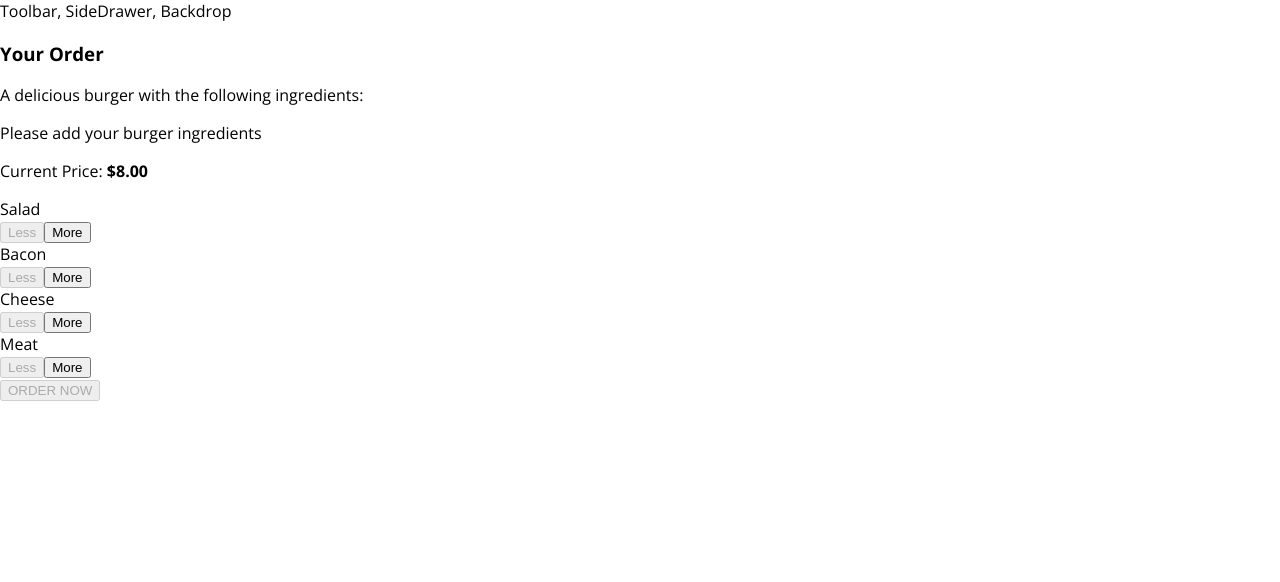
Repository: legil/burger-app
Page: /
These files come from the project's save history. The page is drawn as it stood at one moment and after the next save; the edit follows.
The browser window is 1280 px wide. The pictures show the whole page.
The project was rebuilt for these pictures with package versions that can differ from the ones it lists, and the page was loaded fresh each time. Also part of the build but not shown: src/components/Layout/Layout.css, src/components/Burger/Burger.css, src/components/Burger/BurgerIngredient/BurgerIngredient.css, src/components/Burger/BuildControls/BuildControls.css, src/components/Burger/BuildControl/BuildControl.css, src/components/UI/Modal/Modal.css.

Above is the page before, as saved 2019-04-19 16:43:18.

### public/index.html
<!DOCTYPE html>
<html lang="en">
  <head>
    <meta charset="utf-8" />
    <link rel="shortcut icon" href="%PUBLIC_URL%/favicon.ico" />
    <meta
      name="viewport"
      content="width=device-width, initial-scale=1, shrink-to-fit=no"
    />
    <meta name="theme-color" content="#000000" />
    <!--
      manifest.json provides metadata used when your web app is installed on a
      user's mobile device or desktop. See https://developers.google.com/web/fundamentals/web-app-manifest/
    -->
    <link rel="manifest" href="%PUBLIC_URL%/manifest.json" />
    <!--
      Notice the use of %PUBLIC_URL% in the tags above.
      It will be replaced with the URL of the `public` folder during the build.
      Only files inside the `public` folder can be referenced from the HTML.

      Unlike "/favicon.ico" or "favicon.ico", "%PUBLIC_URL%/favicon.ico" will
      work correctly both with client-side routing and a non-root public URL.
      Learn how to configure a non-root public URL by running `npm run build`.
    -->
    <link href="https://fonts.googleapis.com/css?family=Open+Sans:400,700" rel="stylesheet">
    <title>My Burger</title>
  </head>
  <body>
    <noscript>You need to enable JavaScript to run this app.</noscript>
    <div id="root"></div>
    <!--
      This HTML file is a template.
      If you open it directly in the browser, you will see an empty page.

      You can add webfonts, meta tags, or analytics to this file.
      The build step will place the bundled scripts into the <body> tag.

      To begin the development, run `npm start` or `yarn start`.
      To create a production bundle, use `npm run build` or `yarn build`.
    -->
  </body>
</html>

### src/components/Layout/Layout.js
import React from 'react';
import Aux from '../../hoc/Auxiliary';
import classes from './Layout.css';

const layout = (props) => (
    <Aux>
        <div>
            Toolbar, SideDrawer, Backdrop
        </div>

        <main className={classes.Content}>
            {props.children}
        </main>
    </Aux>
);

export default layout;

### src/containers/BurgerBuilder/BurgerBuilder.js
import React, { Component } from 'react';

import Aux from '../../hoc/Auxiliary';
import Burger from '../../components/Burger/Burger';
import BuildControls from '../../components/Burger/BuildControls/BuildControls';
import Modal from '../../components/UI/Modal/Modal';
import OrderSummary from '../../components/Burger/OrderSummary/OrderSummary';


const  INGREDIENT_PRICES = {
    salad: 0.5,
    bacon: 0.7,
    cheese: 0.4,
    meat: 1.3
}

class BurgerBuilder extends Component{
//     constructor(props){
//         super(props);
//         this.state - {...}
//     }

state = {
    ingredients: {
        salad: 0,
        bacon: 0,
        cheese: 0,
        meat: 0
    },
    totalPrice: 8,
    purchasable: false
}

updatePurchaseState(ingredients) {
    const sum = Object.keys(ingredients)
                      .map(igKey => {
                          return ingredients[igKey]
                      })
                      .reduce((sum, el) => {
                          return sum + el;
                      }, 0);
    this.setState({purchasable: sum > 0});
}

addIngredientHandler = (type) => {
    const oldCount = this.state.ingredients[type];
    const updatedCount = oldCount + 1;
    const updatedIngredients = {
        ...this.state.ingredients
    };
    updatedIngredients[type] = updatedCount;
    const priceAddition = INGREDIENT_PRICES[type];
    const oldPrice = this.state.totalPrice;
    const newPrice = oldPrice + priceAddition;
    this.setState({totalPrice: newPrice, ingredients: updatedIngredients});
    this.updatePurchaseState(updatedIngredients);
}

removeIngredientHandler = (type) => {
    const oldCount = this.state.ingredients[type];
    if(oldCount <= 0){
        return;
    }
    const updatedCount = oldCount - 1;
    const updatedIngredients = {
        ...this.state.ingredients
    };
    updatedIngredients[type] = updatedCount;
    const priceAddition = INGREDIENT_PRICES[type];
    const oldPrice = this.state.totalPrice;
    const newPrice = oldPrice - priceAddition;
    this.setState({totalPrice: newPrice, ingredients: updatedIngredients});
    this.updatePurchaseState(updatedIngredients);
}

    render () {
        const disabledInfo = {
            ...this.state.ingredients
        };
        for(let key in disabledInfo){
            disabledInfo[key] = (disabledInfo[key] <= 0)
        }
        // {salad: true, meat: false, ...}
        return (
            <Aux>
                <Modal>
                    <OrderSummary ingredients={this.state.ingredients}></OrderSummary>
                </Modal>
                <Burger ingredients = {this.state.ingredients} />
                <BuildControls ingredientAdded={this.addIngredientHandler}
                               ingredientRemoved={this.removeIngredientHandler}
                               disabled={disabledInfo}
                               purchasable={this.state.purchasable}
                               price={this.state.totalPrice} />
            </Aux>

        );
    }
}

export default BurgerBuilder;

### src/components/Burger/Burger.js
import React from 'react';

import classes from './Burger.css';
import BurgerIngredient from './BurgerIngredient/BurgerIngredient';

const burger = (props) => {
    //transform object of key value pairs into an array of ingredients (type and quantitity)
    let transformedIngredients = Object.keys(props.ingredients)
                                    .map(igKey => {
                                        return [...Array(props.ingredients[igKey])].map((_, i) => {
                                            return <BurgerIngredient key={igKey + i} type={igKey} />
                                        });
                                    } ).reduce((arr, el) => {
                                        return arr.concat(el)
                                    }, []);
    if(transformedIngredients.length === 0){
        transformedIngredients = <p>Please add your burger ingredients</p>

    }
    return(
        <div className = {classes.Burger}>
            <BurgerIngredient type="bread-top"/>
            {transformedIngredients}
            <BurgerIngredient type="bread-bottom"/>
        </div>
    );
};

export default burger;

### src/components/Burger/BuildControls/BuildControls.js
import React from 'react';

import classes from './BuildControls.css';
import BuildControl from '../BuildControl/BuildControl';

const controls = [
    {label: 'Salad', type: 'salad'},
    {label: 'Bacon', type: 'bacon'},
    {label: 'Cheese', type: 'cheese'},
    {label: 'Meat', type: 'meat'}
]

const buildControls = (props) => (
    <div className = {classes.BuildControls}>
        <p>Current Price: <strong>${props.price.toFixed(2)}</strong> </p>
        {controls.map(ctrl => (
            <BuildControl key={ctrl.label}
                          label={ctrl.label}
                          //type={ctrl.type}
                          added={() => props.ingredientAdded(ctrl.type)}
                          removed={() => props.ingredientRemoved(ctrl.type)}
                          disabled={props.disabled[ctrl.type]} />
        ))}
        <button className={classes.OrderButton} disabled={!props.purchasable}>ORDER NOW</button>
    </div>
);

export default buildControls

### src/components/UI/Modal/Modal.js
import React from 'react';
import classes from './Modal.css';

const modal = (props) => (
    <div className={classes.Modal}>
        {props.children}
    </div>
);

export default modal;

### src/components/Burger/OrderSummary/OrderSummary.js
import React from 'react';

import Aux from '../../../hoc/Auxiliary';

const orderSummary = (props) => {
    const ingredientSummary = Object.keys(props.ingredients) //turns into an array of keys
                                    .map(igKey => {
                                        return <li><span>{igKey}</span>: {props.ingredients[igKey]}</li>
                                    })

    return (
        <Aux>
            <h3>Your Order</h3>
            <p>A delicious burger with the following ingredients:</p>
            <ul>

            </ul>
        </Aux>
    );
}

export default orderSummary;

### src/components/Burger/BurgerIngredient/BurgerIngredient.js
import React, { Component } from 'react';
import classes from './BurgerIngredient.css';
import PropTypes from 'prop-types';

class BurgerIngredient extends Component{
    render(){

    let ingredient = null;

    switch(this.props.type) {
        case ('bread-bottom'):
            ingredient = <div className={classes.BreadBottom}> </div>;
            break;
        case ('bread-top'):
            ingredient = (
                <div className = {classes.BreadTop}>
                    <div className = {classes.Seeds1}></div>
                    <div className = {classes.Seeds2}></div>
                </div>
            );
            break;
        case ('meat'):
                ingredient = <div className = {classes.Meat}></div>;
                break;
        case ('cheese'):
                ingredient = <div className = {classes.Cheese}></div>;
                break;
        case ('salad'):
                ingredient = <div className = {classes.Salad}></div>;
                break;
        case ('bacon'):
                ingredient = <div className = {classes.Bacon}></div>;
                break;
        default:
            ingredient = null;

    }

    return ingredient;
}
}

BurgerIngredient.propTypes = {
    type: PropTypes.string.isRequired
};

export default BurgerIngredient;

### src/components/Burger/BuildControl/BuildControl.js
import React from 'react';

import classes from './BuildControl.css';

const buildControl = (props) => (
    <div className = {classes.BuildControl}>
        <div className = {classes.Label}>{props.label}</div>
        <button className = {classes.Less} onClick={props.removed} disabled={props.disabled}>Less</button>
        <button className = {classes.More} onClick={props.added}>More</button>
    </div>
);

export default buildControl;

Loaded but not shown: src/index.js (common file); src/index.css (common file); src/App.js (common file); src/serviceWorker.js (common file); src/hoc/Auxiliary.js (common file)

After the next save:
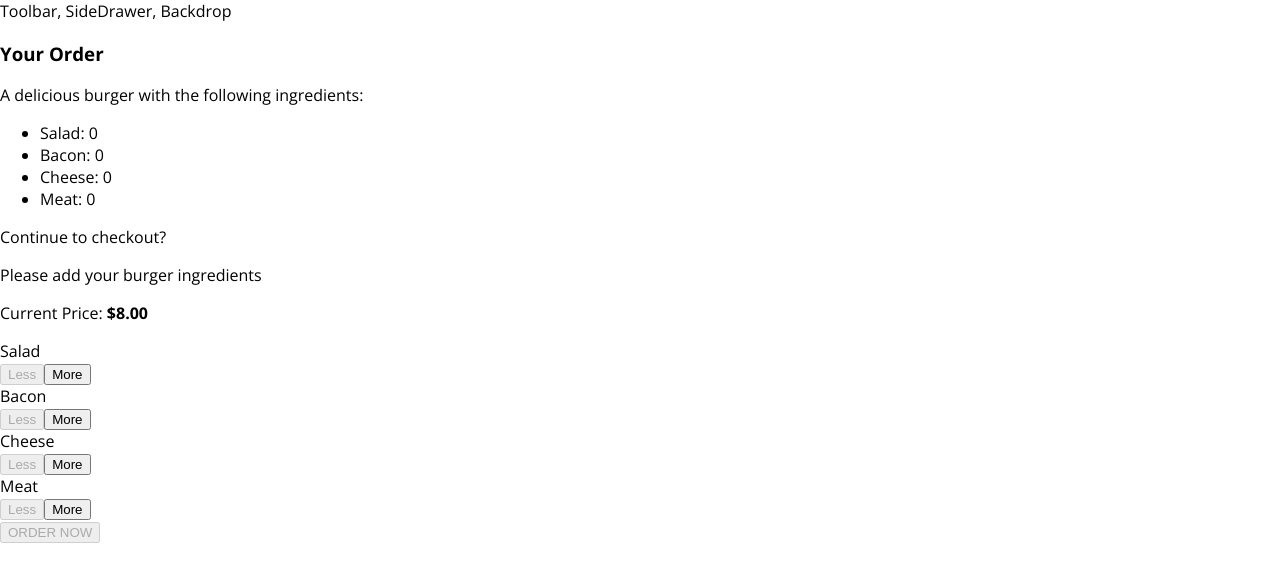
Saved 3 min 17 s later.
--- a/src/components/Burger/OrderSummary/OrderSummary.js
+++ b/src/components/Burger/OrderSummary/OrderSummary.js
@@ -5,16 +5,21 @@ import Aux from '../../../hoc/Auxiliary';
 const orderSummary = (props) => {
     const ingredientSummary = Object.keys(props.ingredients) //turns into an array of keys
                                     .map(igKey => {
-                                        return <li><span>{igKey}</span>: {props.ingredients[igKey]}</li>
-                                    })
+                                        return (
+                                        <li>
+                                            <span style={{textTransform: 'capitalize'}}>{igKey}</span>: {props.ingredients[igKey]}
+                                        </li>
+                                        );
+                                    });
 
     return (
         <Aux>
             <h3>Your Order</h3>
             <p>A delicious burger with the following ingredients:</p>
             <ul>
-
+                {ingredientSummary}
             </ul>
+            <p>Continue to checkout?</p>
         </Aux>
     );
 }
